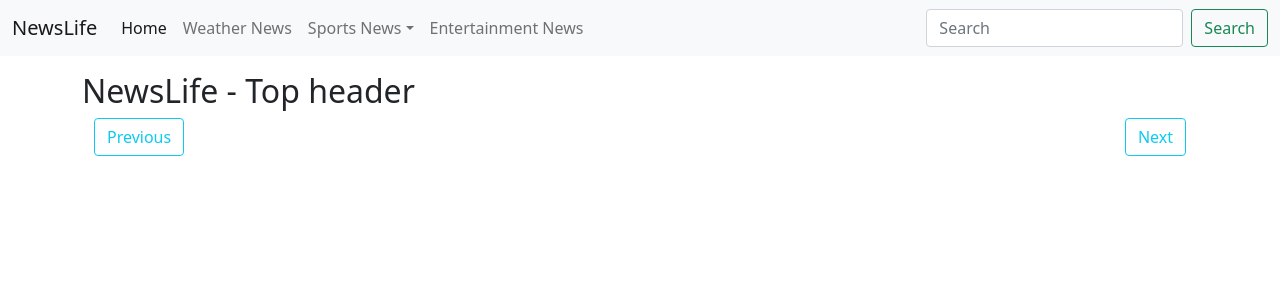
Repository: R-cpu-jpg/Newsapp.github.io
Page: /
These files come from the project's save history. The page is drawn as it stood at one moment and after the next save; the edit follows.
The browser window is 1280 px wide. The pictures show the whole page.
The page's requests for data from a server got no answer. The project was rebuilt for these pictures with package versions that can differ from the ones it lists, and the page was loaded fresh each time. No one was signed in, and anything a server would have sent is missing. Also part of the build but not shown: src/index.css, src/App.css, src/Components/NewsItem.js.

Above is the page before, as saved 2023-01-19 11:30:05.

After the next save:
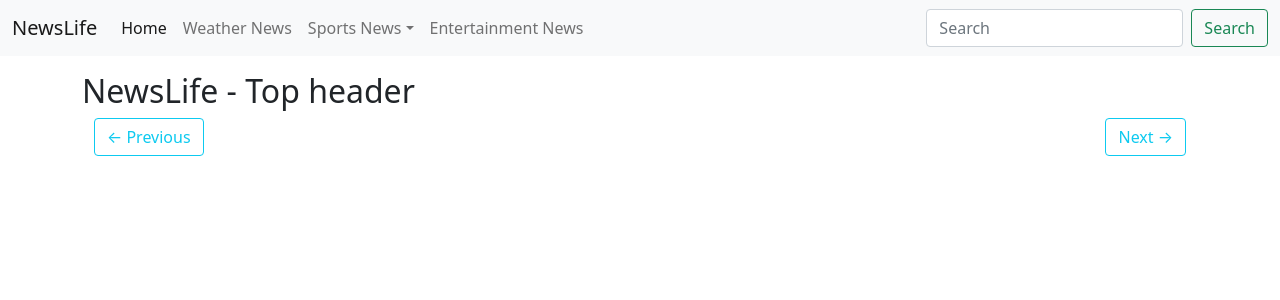
Saved 2 min 35 s later.
--- a/src/Components/News.js
+++ b/src/Components/News.js
@@ -59,8 +59,8 @@
                 })}
                 </div>
                 <div className="container d-flex justify-content-between">
-                  <button type="button" class="btn btn-outline-info">Previous</button>
-                  <button type="button" class="btn btn-outline-info">Next</button>
+                  <button type="button" class="btn btn-outline-info"> &larr; Previous</button>
+                  <button type="button" class="btn btn-outline-info">Next &rarr;</button>
                 </div>
             </div>
         )
